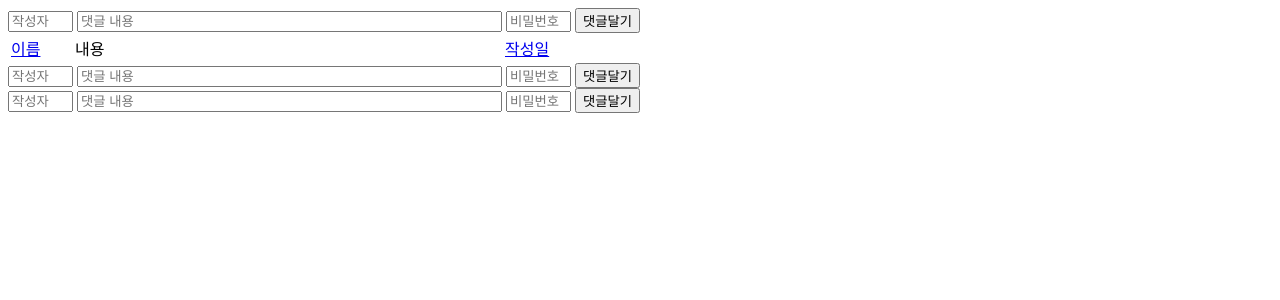
Repository: Billy-Jin/jsp
Page: http://localhost/dat/form.jsp
The author's editor kept a copy of each file at every save. The page is drawn from the files as they stood at one save, then again after the next save.
The browser window is 1280 px wide. The pictures show the whole page.
The page is served by Tomcat 9.

Above is the page before, as saved 2020-12-07 06:59:32.

### jsp/dat/WebContent/form.jsp
<%@ page language="java" contentType="text/html; charset=UTF-8"
    pageEncoding="UTF-8"%>
<!DOCTYPE html>
<html>
<head>
<meta charset="UTF-8">
<title>Insert title here</title>
<script>
	function update()	//폼태그의 성격을 수정으로 바꾼다
	{
		//폼태그의 action값을 => dat_update_ok.jsp로 변경
		document.getElementById("pkc").action="dat_update_ok.jsp"
		// 댓글 달기 버튼의 텍스트를 '댓글수정'으로 번경
		document.getElementById("submit").value="댓글수정";
	}
	function del()		//폼태그의 성격을 삭제로 바꾼다
	{
		document.getElementById("pkc").action="dat_delete.jsp"
	}
</script>
</head>
<body>
	<form id="pkc" name='dat' method="post" action="dat_write_ok2.jsp">
		<input type="hidden" name="id"> <!-- dat테이블의 id -->
		<input type="text" name="name" size="5" placeholder="작성자">
		<input type="text" name="content" size="50" placeholder="댓글 내용">
		<input type="text" name="pwd" size="5" placeholder="비밀번호">
		<input type="submit" value="댓글달기" id="submint">
	</form>
	<table width="600">
		<tr>
			<td width="60"><a href="javascript:update()"> 이름 </a></td>
			<td> 내용 </td>
			<td width="100"><a href="javascript:del()"> 작성일 </a></td>
		</tr>
	</table>



	<form name='dat' method="post" action="dat_write_ok.jsp">
		<input type="text" name="name" size="5" placeholder="작성자">
		<input type="text" name="content" size="50" placeholder="댓글 내용">
		<input type="text" name="pwd" size="5" placeholder="비밀번호">
		<input type="submit" value="댓글달기">
	</form>
	<form name='dat' method="post" action="dat_write_ok.jsp">
		<input type="text" name="name" size="5" placeholder="작성자">
		<input type="text" name="content" size="50" placeholder="댓글 내용">
		<input type="text" name="pwd" size="5" placeholder="비밀번호">
		<input type="submit" value="댓글달기">
	</form>
</body>
</html>

After the next save:
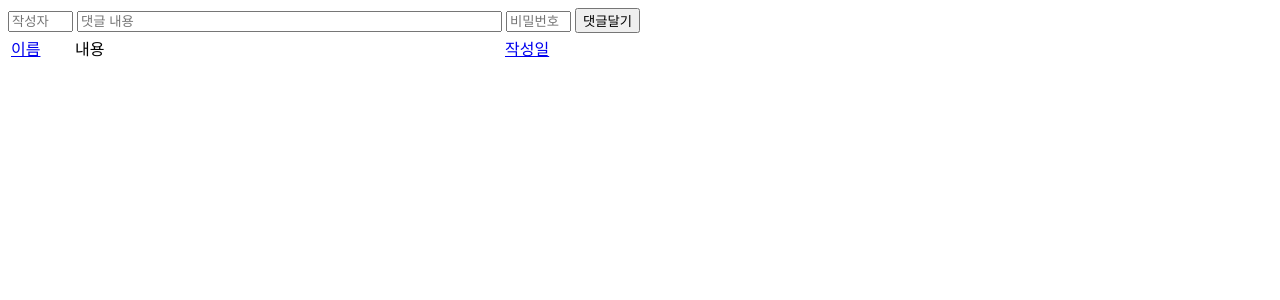
Saved 6 min 39 s later.
--- a/jsp/dat/WebContent/form.jsp
+++ b/jsp/dat/WebContent/form.jsp
@@ -34,20 +34,5 @@
 			<td width="100"><a href="javascript:del()"> 작성일 </a></td>
 		</tr>
 	</table>
-
-
-
-	<form name='dat' method="post" action="dat_write_ok.jsp">
-		<input type="text" name="name" size="5" placeholder="작성자">
-		<input type="text" name="content" size="50" placeholder="댓글 내용">
-		<input type="text" name="pwd" size="5" placeholder="비밀번호">
-		<input type="submit" value="댓글달기">
-	</form>
-	<form name='dat' method="post" action="dat_write_ok.jsp">
-		<input type="text" name="name" size="5" placeholder="작성자">
-		<input type="text" name="content" size="50" placeholder="댓글 내용">
-		<input type="text" name="pwd" size="5" placeholder="비밀번호">
-		<input type="submit" value="댓글달기">
-	</form>
 </body>
 </html>
